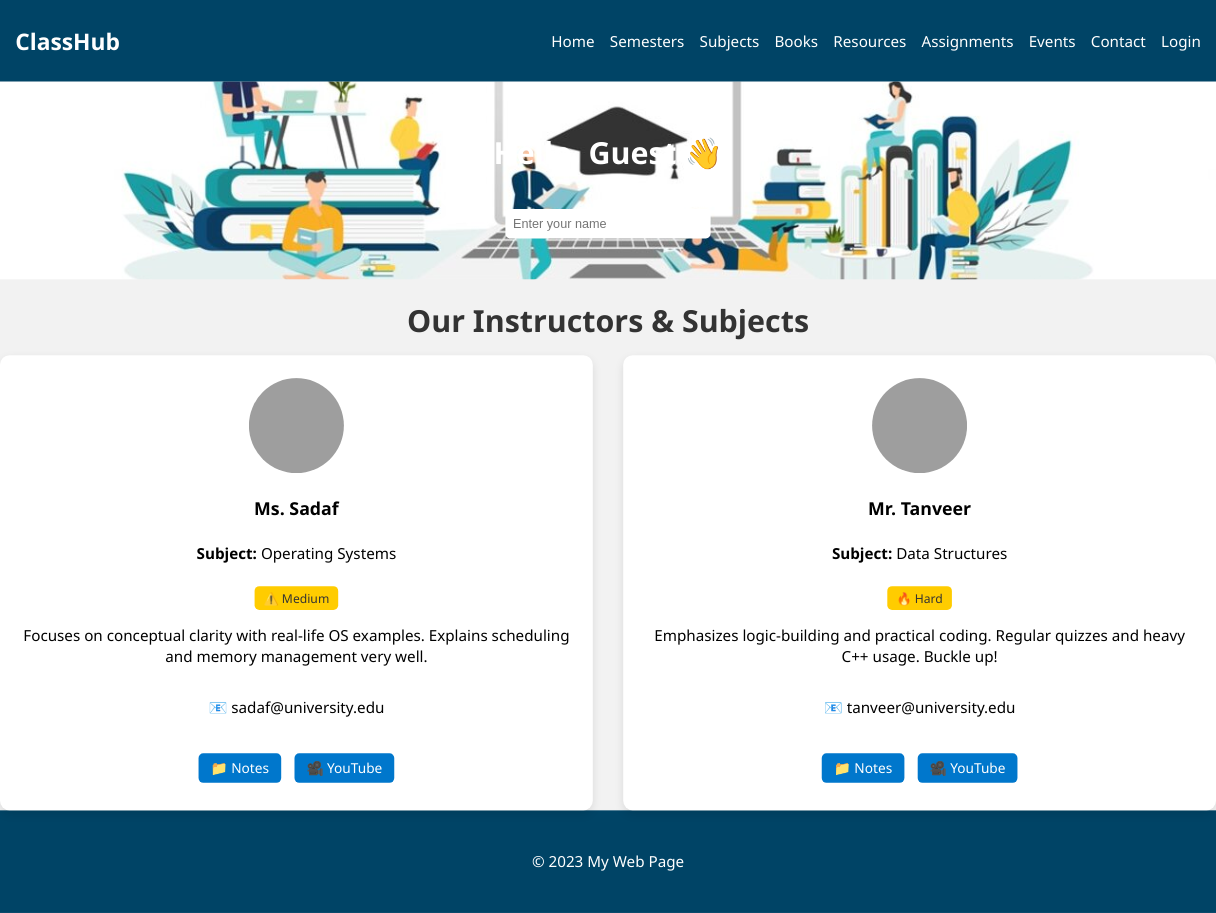
Repository: MariamSawera/eduNova
Page: subjects.html
An editor plug-in stored every save of this project. The page is shown before and after the next save, followed by the edit.
The browser window is 1280 px wide. The pictures show the whole page, at 95% of full size.
Pictures or frames that could not be fetched are drawn as grey boxes.

Above is the page before, as saved 2025-07-23 19:30:31.

### subjects.html
<!DOCTYPE html>
<html lang="en">
  <head>
    <meta charset="UTF-8" />
    <title>Instructors</title>
    <link rel="stylesheet" href="subjects.css" />
    <link rel="stylesheet" href="styles.css" />
    <style></style>
  </head>
  <body>
    <nav>
      <div class="logo">ClassHub</div>
      <ul>
        <li><a href="index.html">Home</a></li>
        <li><a href="#semester">Semesters</a></li>
        <li><a href="subjects.html">Subjects</a></li>
        <li><a href="books.html">Books</a></li>
        <li><a href="resources.html">Resources</a></li>
        <li><a href="assignments.html">Assignments</a></li>
        <li><a href="events.html">Events</a></li>
        <li><a href="contact.html">Contact</a></li>
        <!-- <li><a href="#">Announcements</a></li> -->
        <li><a href="login.html">Login</a></li>
      </ul>
    </nav>

    <!-- Hero Section -->
    <div class="hero">
      <h1 id="welcome">Hello, Guest 👋</h1>
      <input
        type="text"
        id="nameInput"
        placeholder="Enter your name"
        oninput="updateName()"
      />
    </div>

    <h1 class="heading">Our Instructors & Subjects</h1>

    <div class="instructor-grid">
      <div class="instructor-card">
        <img
          src="https://randomuser.me/api/portraits/women/55.jpg"
          alt="Ms. Sadaf"
        />
        <h3>Ms. Sadaf</h3>
        <p><strong>Subject:</strong> Operating Systems</p>
        <div class="difficulty">⚠️ Medium</div>
        <p>
          Focuses on conceptual clarity with real-life OS examples. Explains
          scheduling and memory management very well.
        </p>
        <p>📧 sadaf@university.edu</p>
        <div class="resources">
          <a href="https://drive.google.com/your-link" target="_blank"
            >📁 Notes</a
          >
          <a href="https://youtube.com/playlist?list=..." target="_blank"
            >🎥 YouTube</a
          >
        </div>
      </div>

      <div class="instructor-card">
        <img
          src="https://randomuser.me/api/portraits/men/45.jpg"
          alt="Mr. Tanveer"
        />
        <h3>Mr. Tanveer</h3>
        <p><strong>Subject:</strong> Data Structures</p>
        <div class="difficulty">🔥 Hard</div>
        <p>
          Emphasizes logic-building and practical coding. Regular quizzes and
          heavy C++ usage. Buckle up!
        </p>
        <p>📧 tanveer@university.edu</p>
        <div class="resources">
          <a href="https://drive.google.com/your-link" target="_blank"
            >📁 Notes</a
          >
          <a href="https://youtube.com/playlist?list=..." target="_blank"
            >🎥 YouTube</a
          >
        </div>
      </div>

      <!-- Add more instructor cards below -->
    </div>

    <footer class="footer">
      <p>&copy; 2023 My Web Page</p>
    </footer>
  </body>
</html>

### subjects.css
.instructor-grid {
  display: grid;
  grid-template-columns: repeat(auto-fit, minmax(280px, 1fr));
  gap: 2rem;
  height: auto;
}

.instructor-card {
  background: white;
  border-radius: 10px;
  padding: 1.5rem;
  box-shadow: 0 4px 10px rgba(0, 0, 0, 0.1);
  display: flex;
  flex-direction: column;
  align-items: center;
  text-align: center;
}

.instructor-card img {
  width: 100px;
  height: 100px;
  border-radius: 50%;
  object-fit: cover;
  margin-bottom: 1rem;
}

.instructor-card h3 {
  margin: 0.5rem 0;
}

.difficulty {
  padding: 0.2rem 0.6rem;
  border-radius: 5px;
  font-size: 0.8rem;
  margin-top: 0.5rem;
  background-color: #ffcc00;
  color: #333;
}

.resources {
  margin-top: 1rem;
}

.resources a {
  display: inline-block;
  margin: 0.3rem;
  padding: 0.4rem 0.8rem;
  background: #0077cc;
  color: white;
  border-radius: 5px;
  text-decoration: none;
  font-size: 0.9rem;
}

.resources a:hover {
  background: #005fa3;
}

### styles.css
    html {
      scroll-behavior: smooth;
    }

    body {
      margin: 0;
      font-family: 'Segoe UI', sans-serif;
      background: #f2f2f2;
        /* background-color: #B3DDF0; */

    }

    nav {
      background-color: #004466;
      color: white;
      padding: 1rem;
      display: flex;
      justify-content: space-between;
      align-items: center;
    }

    nav .logo {
      font-size: 1.5rem;
      font-weight: bold;
    }

    a {
        text-decoration: none;
        color: inherit;
    }

    nav ul {
      list-style: none;
      display: flex;
      gap: 1rem;
    }

    nav ul li {
      display: inline;
    }

    nav ul li a {
      color: white;
      text-decoration: none;
    }


    .hero {
      /* background: linear-gradient(to right, #00aaff, #00ffcc); */
      background-image: url('./images/banner.jpg');
      background-position: center;
      color: white;
      padding: 2rem;
      text-align: center;
      height: 20vh;
    }


    .hero input {
      padding: 0.5rem;
      border: none;
      border-radius: 5px;
      margin-top: 1rem;
      width: 200px;
    }

    .dashboard {
      display: grid;
      grid-template-columns: 1fr 1fr 1fr;
      gap: 1rem;
      padding: 2rem;
    }

    .card {
      background: white;
      padding: 1rem;
      border-radius: 10px;
      box-shadow: 0 2px 5px rgba(0,0,0,0.1);
    }

    .quick-links {
      padding: 2rem;
      display: grid;
      grid-template-columns: repeat(3, minmax(150px, 1fr));
      gap: 1rem;
    }

    .link-card{
      display: flex;
      justify-content: center;
      align-items: center;
      font-size: 30px;
      color: white;


    }

    .quick-links .link-card {
      background: white;
      text-align: center;
      padding: 1rem;
      border-radius: 10px;
      box-shadow: 0 2px 5px rgba(0,0,0,0.1);
      height: 80px;
    }

    .footer{
      background-color: #004466;
      display: flex;
      justify-content: center;
      align-items: center;
      color: white;
      height: 15vh;
    }

    .heading{
      color: #333;
      margin-bottom: 1rem;
      text-align: center;
      font-size: 2rem;
    }

    /* books.html */
    .book-grid{
      display: flex ;
      justify-content: center;
      text-align: center;
      gap: 1rem;
      padding: 2rem;
      flex-wrap: wrap;

    }

    .book-card {
      background: white;
      width: 20%;
      padding: 1rem;
      border-radius: 8px;
      box-shadow: 0 2px 5px rgba(0,0,0,0.1);
      text-align: center;
    }

    .book-card img {
      max-width: 100%;
      height: 40vh;
      border-radius: 5px;
      object-fit: cover;

    }

    .book-info {
      padding: 1rem;
      text-align: center;
    }

    .book-info h3 {
      margin: 0.5rem 0;
      font-size: 1.1rem;
      color: #222;
    }

    .book-info p {
      font-size: 0.9rem;
      color: #555;
    }

    .book-info a {
      display: inline-block;
      margin-top: 0.7rem;
      padding: 0.5rem 1rem;
      background: #0077cc;
      color: white;
      text-decoration: none;
      border-radius: 5px;
    }

    .book-info a:hover {
      background: #005fa3;
    }

After the next save:
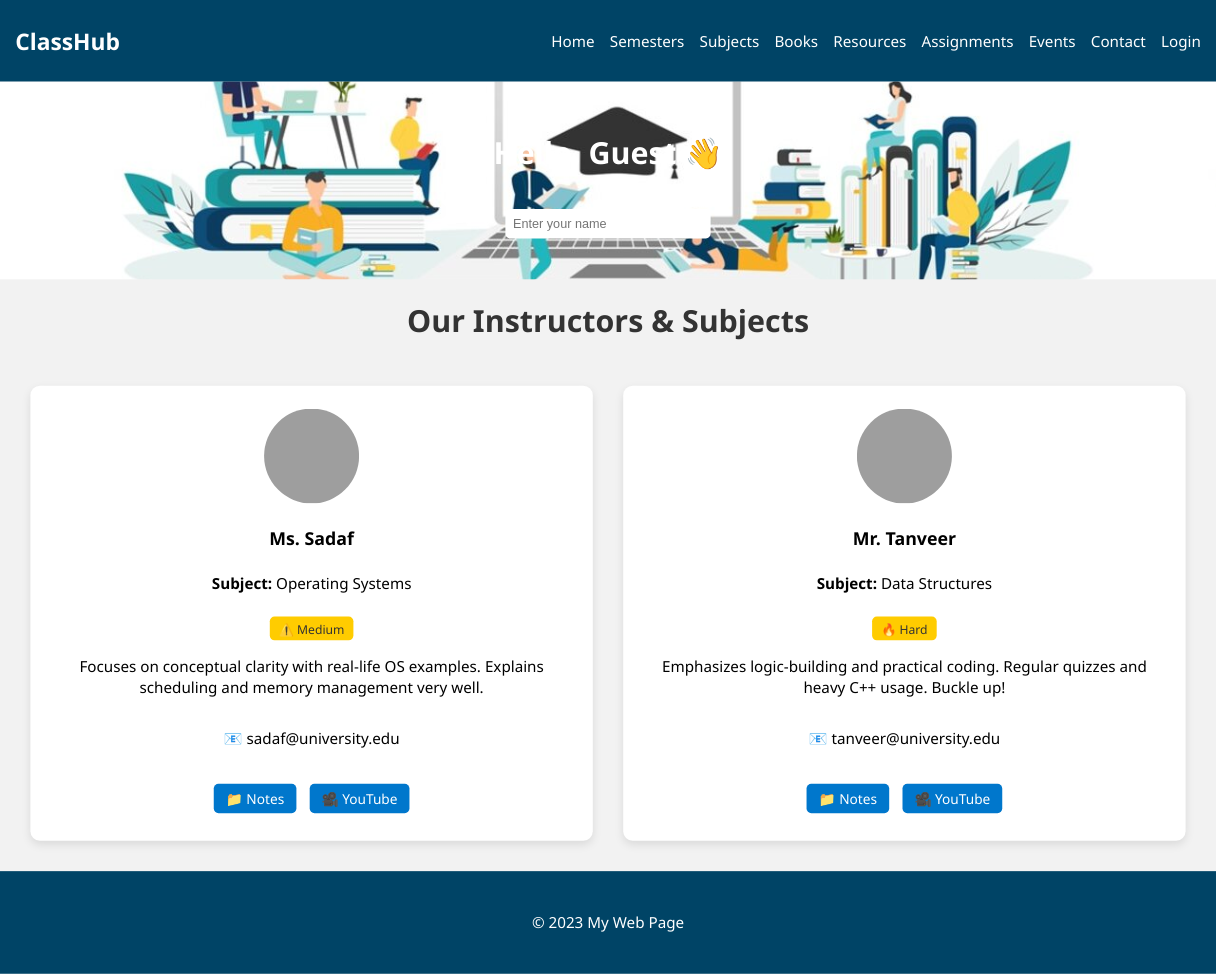
Saved 13 s later.
--- a/subjects.css
+++ b/subjects.css
@@ -2,7 +2,7 @@
   display: grid;
   grid-template-columns: repeat(auto-fit, minmax(280px, 1fr));
   gap: 2rem;
-  height: auto;
+    padding: 2rem;
 }
 
 .instructor-card {
